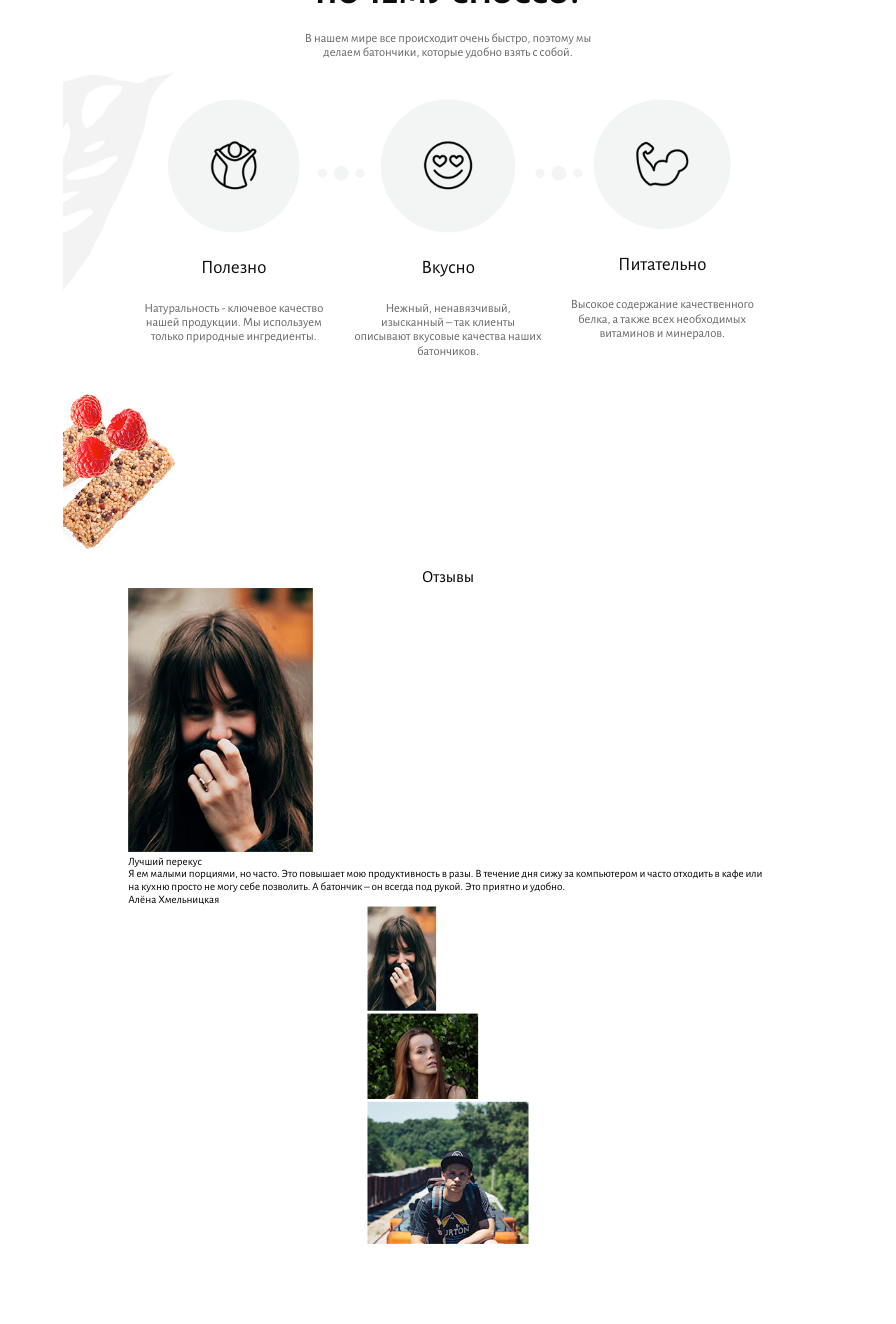
Repository: JohnnyBravo85/LoftSchool-CHOCCO
Page: index.html
The author's editor kept a copy of each file at every save. The page is drawn from the files as they stood at one save, then again after the next save.
The browser window is 1280 px wide. The pictures show the part of the page from y = 840 to 2760 px (the page is 2732 px tall before and 2760 px after), at 70% of full size.
The style sheet was rebuilt from its Sass, Less or Tailwind sources for each picture, by a compiler version that may differ from the author's.

Above is the page before, as saved 2019-05-04 20:10:58.

After the next save:
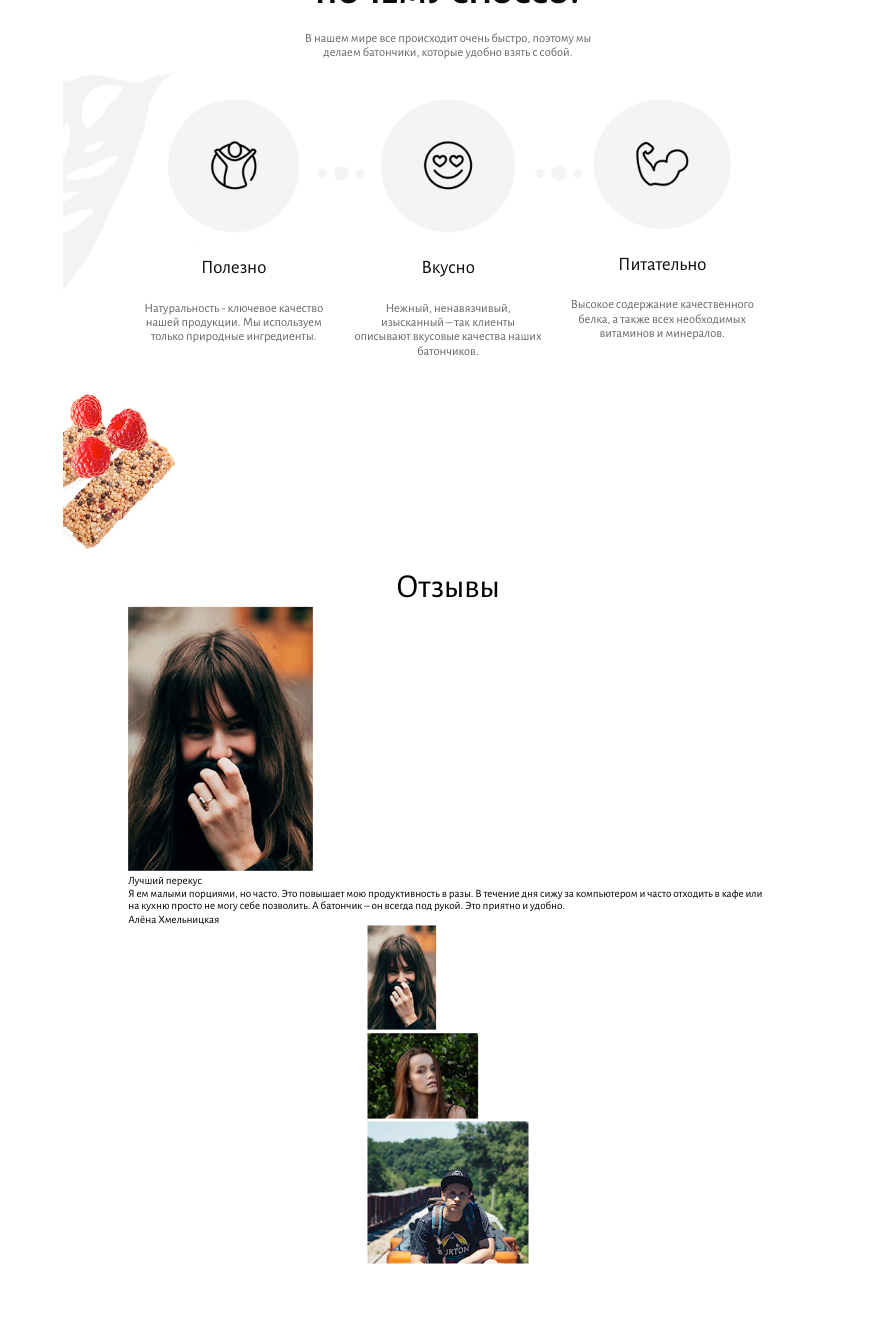
Saved 8 min 17 s later.
--- a/css/layout/_reviews.scss
+++ b/css/layout/_reviews.scss
@@ -3,3 +3,7 @@
   padding-bottom: 8.64%;
   align-items: center;
 }
+
+.reviews__title {
+  font-size: 3em;
+}
